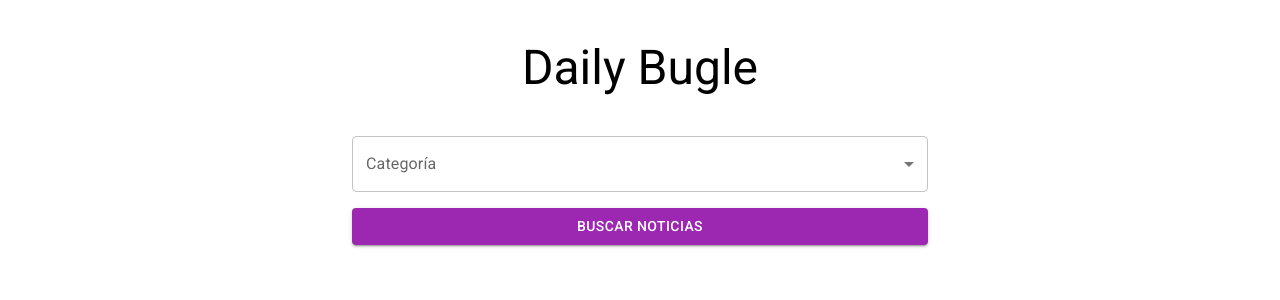
Repository: CarlosCamposRodriguez99/noticiasApp
Page: /
An editor plug-in stored every save of this project. The page is shown before and after the next save, followed by the edit.
The browser window is 1280 px wide. The pictures show the whole page.
Some web fonts or font styles are not loaded; a fallback is used. The project was rebuilt for these pictures with package versions that can differ from the ones it lists, and the page was loaded fresh each time. Also part of the build but not shown: vite.config.js.

Above is the page before, as saved 2022-06-07 19:45:42.

### index.html
<!DOCTYPE html>
<html lang="en">
  <head>
    <meta charset="UTF-8" />
    <link rel="icon" type="image/svg+xml" href="/src/favicon.svg" />
    <meta name="viewport" content="width=device-width, initial-scale=1.0" />
    <title>Buscador de Noticias</title>
    <link rel="preconnect" href="https://fonts.googleapis.com">
    <link rel="preconnect" href="https://fonts.gstatic.com" crossorigin>
    <link href="https://fonts.googleapis.com/css2?family=Joan&family=Roboto:wght@300;400;500;700&display=swap" rel="stylesheet">
  </head>
  <body>
    <div id="root"></div>
    <script type="module" src="/src/main.jsx"></script>
  </body>
</html>

### src/App.jsx
import { Container, Grid, Typography } from '@mui/material';
import Formulario from './components/Formulario';

function App() {

  return (
    <Container>
      <header>
        <Typography
          align="center"
          marginY={5}
          component='h1'
          variant='h3'
        >
          Daily Bugle
        </Typography>
      </header>

      <Grid
        container
        direction='row'
        justifyContent='center'
        alignItems='center'
      >
        <Grid item md={6} xs={12}>
        <Formulario />

        </Grid>
      </Grid>

    </Container>
  )
}

export default App

### src/components/Formulario.jsx
import { FormControl, InputLabel, Select, MenuItem, Button, Box} from '@mui/material';

const CATEGORIAS = [
  { value: 'general', label: 'General'},
  { value: 'business', label: 'Negocios'},
  { value: 'entertainment', label: 'Entretenimiento'},
  { value: 'health', label: 'Salud'},
  { value: 'science', label: 'Ciencia'},
  { value: 'sports', label: 'Deportes'},
  { value: 'technology', label: 'Tecnología'},
]

const Formulario = () => {
  return (
    <form>
      <FormControl fullWidth>
        <InputLabel>Categoría</InputLabel>
        <Select
          label="categoria"
        >
          {CATEGORIAS.map(categoria => (
            <MenuItem
              key={categoria.value}
              value={categoria.value}
            >
              {categoria.label}
            </MenuItem>
          ))}

        </Select>

        <Box
          sx={{marginTop: 2}}
        >
          <Button
            fullWidth
            variant='contained'
            color='secondary'
          >
            Buscar Noticias
          </Button>
        </Box>

      </FormControl>
    </form>
  )
}

export default Formulario

Loaded but not shown: src/main.jsx (common file)

After the next save:
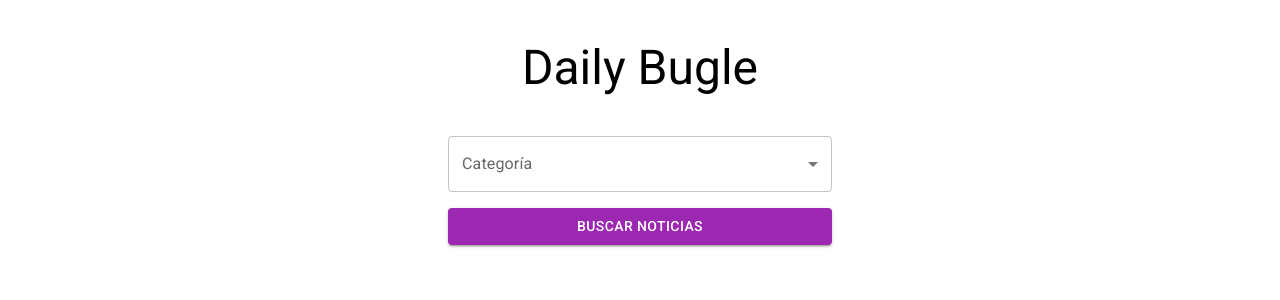
Saved 40 s later.
--- a/src/App.jsx
+++ b/src/App.jsx
@@ -22,7 +22,7 @@
         justifyContent='center'
         alignItems='center'
       >
-        <Grid item md={6} xs={12}>
+        <Grid item md={6} xs={12} lg={4}>
         <Formulario />
 
         </Grid>
